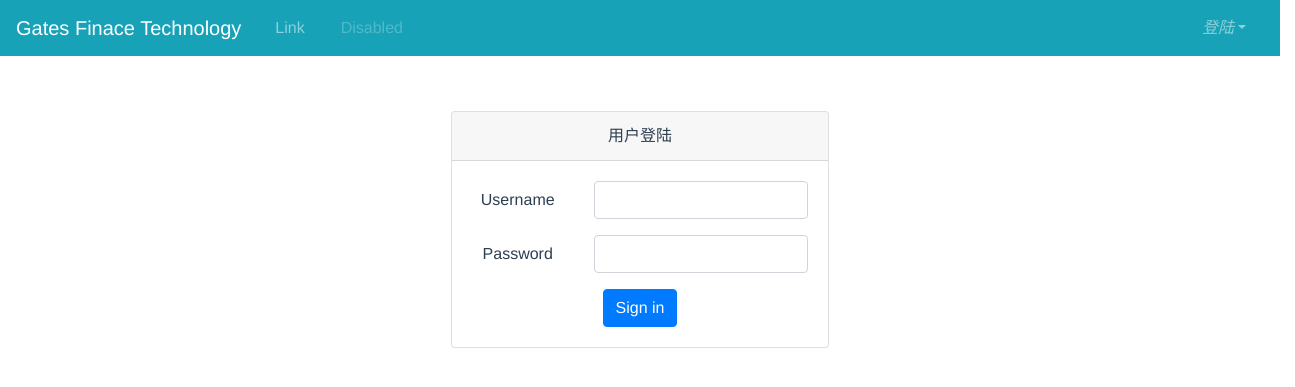
Repository: sqsssq/GatesFinace
Page: /login (app in webview/)
An editor plug-in stored every save of this project. The page is shown before and after the next save, followed by the edit.
The browser window is 1280 px wide. The page is 1295 px wide, so the pictures cover 1295 px, including what lies to the right of the window. The pictures show the whole page.
The project was rebuilt for these pictures with package versions that can differ from the ones it lists, and the page was loaded fresh each time. Also part of the build but not shown: webview/src/components/HelloWorld.vue, webview/src/views/Home.vue, webview/src/components/gatesCarousel.vue, webview/src/views/main.vue.

Above is the page before, as saved 2020-11-03 16:15:40.

After the next save:
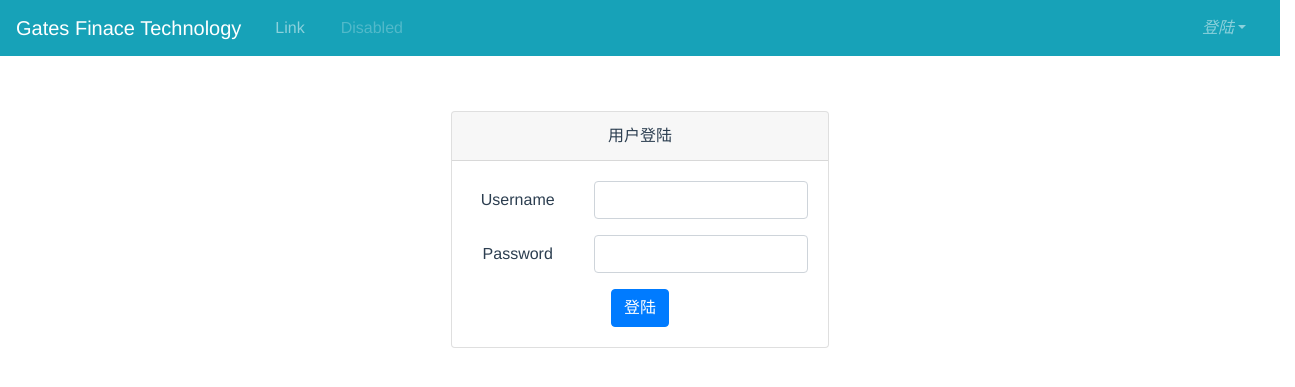
Saved 41 s later.
--- a/webview/src/components/gatesLogin.vue
+++ b/webview/src/components/gatesLogin.vue
@@ -35,7 +35,8 @@
                             </div>
                         </div>
                         <div style="text-align: center;">
-                            <button class="btn btn-primary">Sign in</button>
+                            <button class="btn btn-primary">登陆</button>
+                            <router-link>注册</router-link>
                         </div>
                 </div>
             </div>
